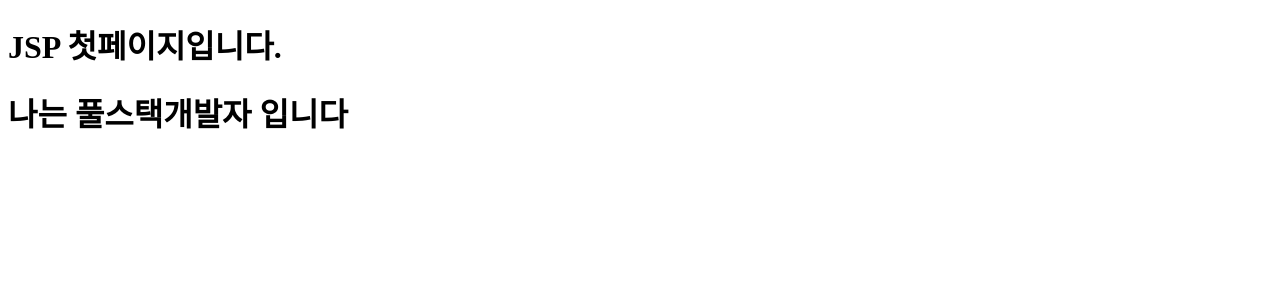
Repository: hosung0c0/jd22-jsp-pj
Page: http://localhost/app.jsp/
The author's editor kept a copy of each file at every save. The page is drawn from the files as they stood at one save, then again after the next save.
The browser window is 1280 px wide. The pictures show the whole page.
The page is served by Tomcat 9.

Above is the page before, as saved 2022-11-09 06:07:32.

### app.jsp/WebContent/index.jsp
<%@ page language="java" contentType="text/html; charset=EUC-KR"
    pageEncoding="EUC-KR"%>
<!DOCTYPE html>
<html>
<head>
<meta charset="EUC-KR">
<title>JSP 첫페이지입니다.</title>

<h1>JSP 첫페이지입니다.</h1>
<%! // 느낌표가 있는 선언부
	// 함수를 만들 때는 여기에 만들어야한다
	// 느낌표가 없는 스크립트릿에 만들면 에러가 난다.
	public String myFn(){
		return "<h1>나야나</h1>";
}
%>
</head>
<body>
	<% // 스크립트릿 구역
		// 문자형 변수에 url로 전달되는 값을 받는다.
		String user = request.getParameter("name");
		// if문으로 전달값이 없는 경우 거르기
		if(user == null){
			user = "나는 풀스택개발자 입니다";
		}

	%>

	<!-- 스크립트 표현식 (츨력) -->
	<h1><%=user%></h1>
	<h1><% %></h1>

</body>
</html>

After the next save:
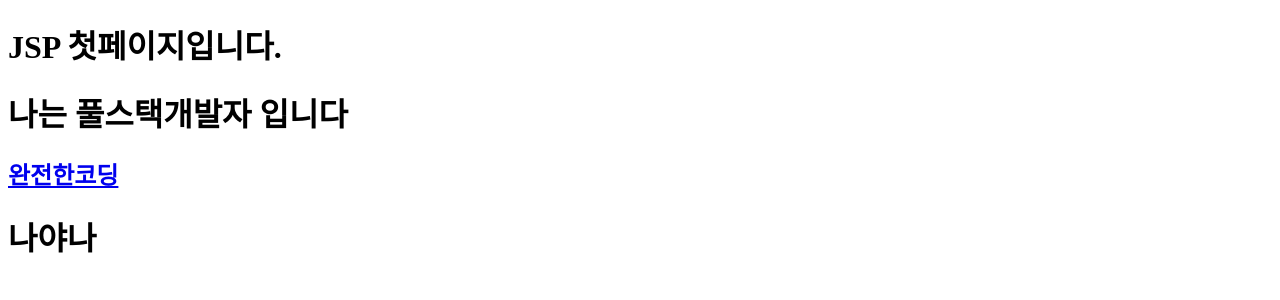
Saved 2 min 35 s later.
--- a/app.jsp/WebContent/index.jsp
+++ b/app.jsp/WebContent/index.jsp
@@ -27,8 +27,11 @@
 	%>
 
 	<!-- 스크립트 표현식 (츨력) -->
-	<h1><%=user%></h1>
-	<h1><% %></h1>
+	<h1><%=user %></h1>
+	<h2>
+		<a href="index,jsp?user='Perfect Coding'">완전한코딩</a>
+	</h2>
+	<div><%=myFn() %></div>
 
 </body>
 </html>
